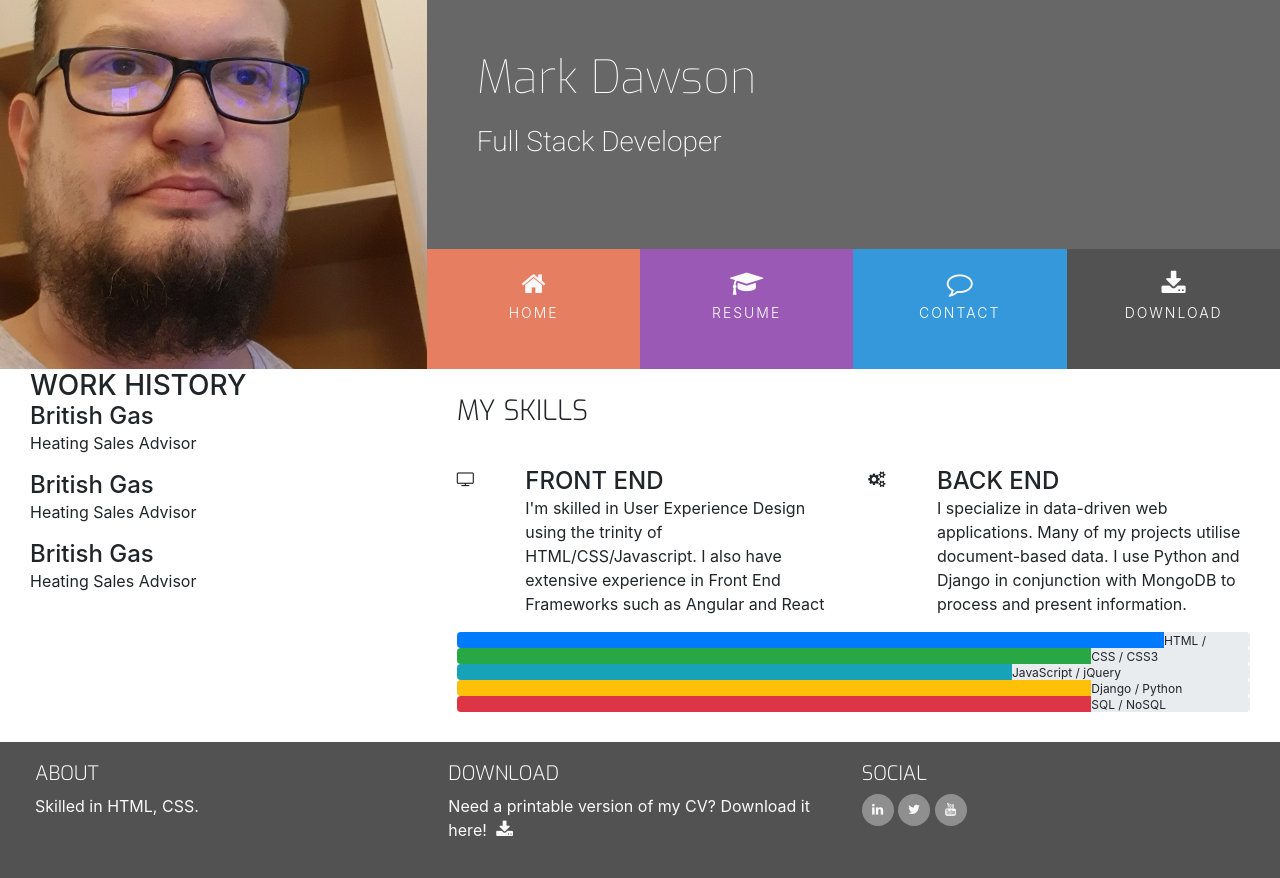
Repository: marcopolomt/resume
Page: resume.html
The author's editor kept a record of every edit. The page is drawn from the files as they stood at one moment, then again after the next edit.
The browser window is 1280 px wide. The pictures show the whole page.

Above is the page before.

After the next edit:
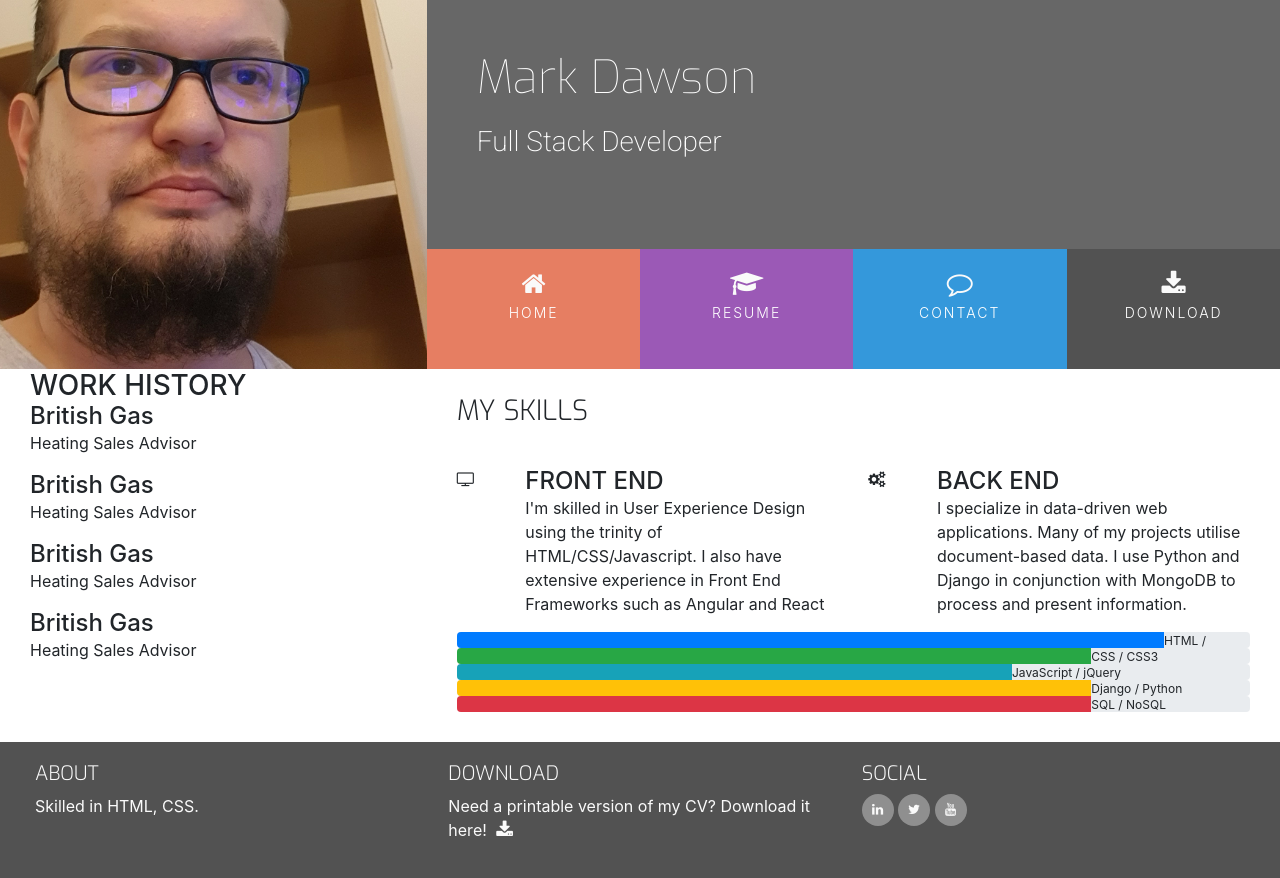
The edit:
--- a/resume.html
+++ b/resume.html
@@ -55,6 +55,10 @@
                             Work History
                         </h3>
                     </div>
+                </div>
+                <div class="timeline-item" data-dates="11/2010 - 06/2015">
+                    <h4>British Gas</h4>
+                    <p>Heating Sales Advisor</p>
                 </div>
                 <div class="timeline-item" data-dates="11/2010 - 06/2015">
                     <h4>British Gas</h4>
